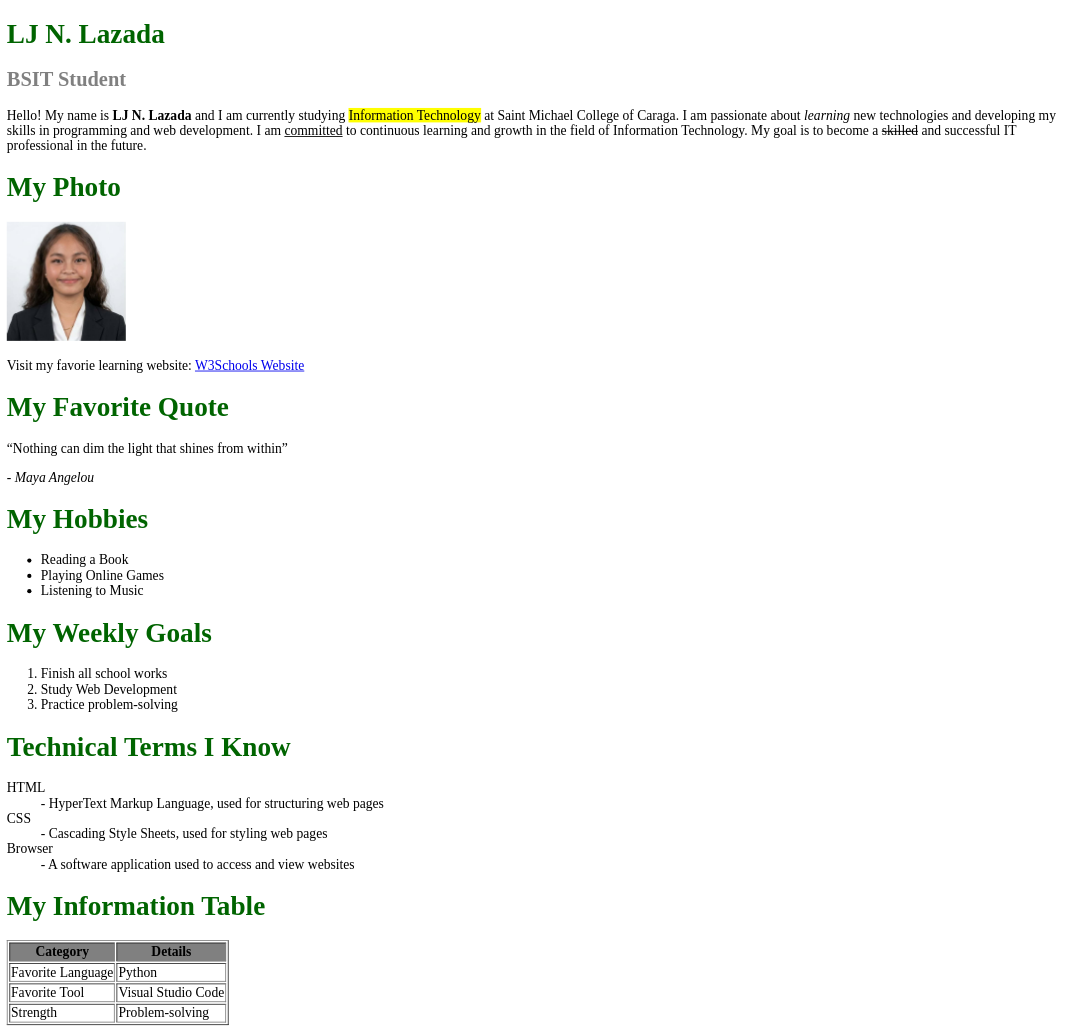
Repository: ljlazada11/myfirsthtml
Page: index.html
The author's editor kept a copy of each file at every save. The page is drawn from the files as they stood at one save, then again after the next save.
The browser window is 1280 px wide. The pictures show the whole page, at 85% of full size.

Above is the page before, as saved 2026-06-24 20:50:30.

After the next save:
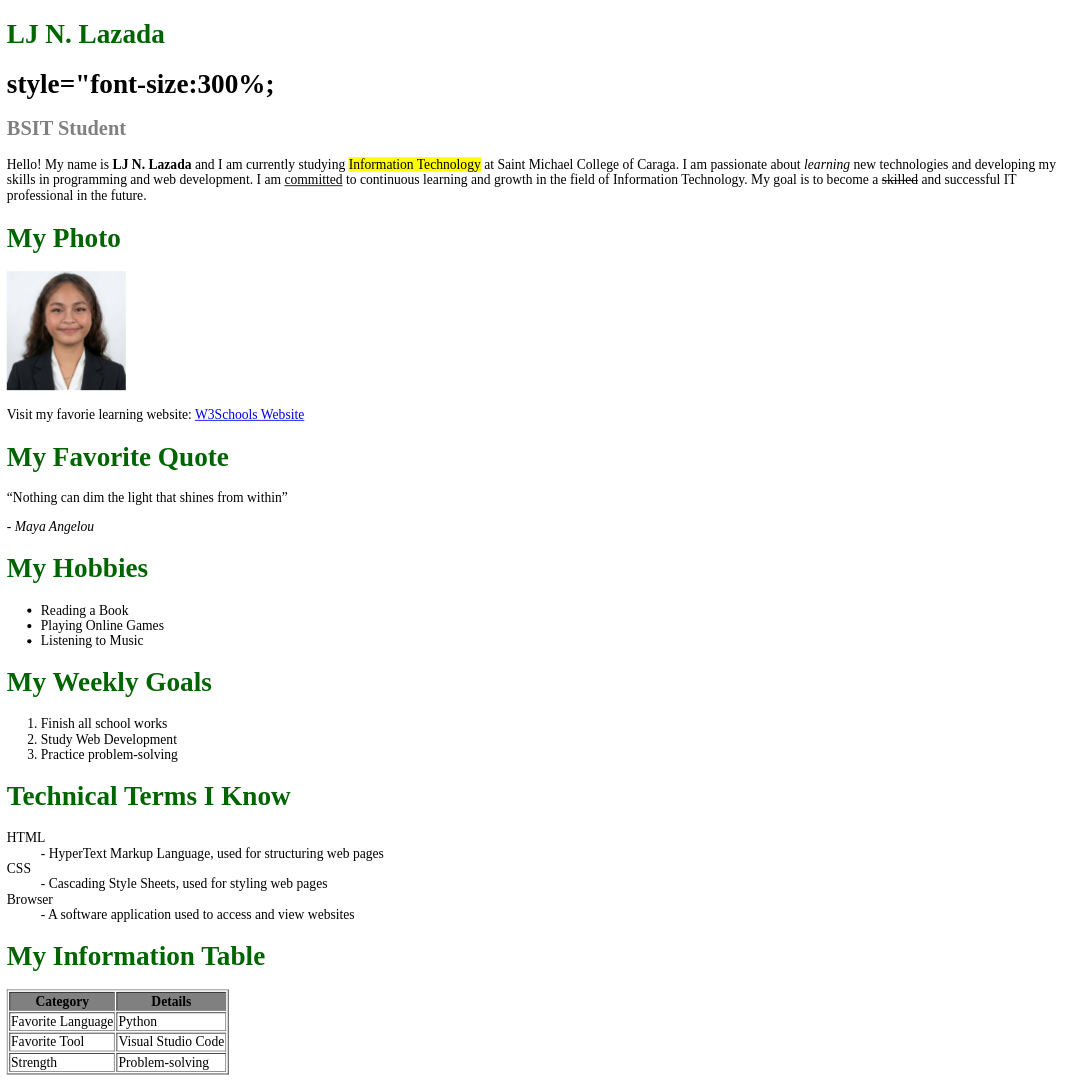
Saved 95 s later.
--- a/index.html
+++ b/index.html
@@ -9,6 +9,7 @@
 </head>
 <body>
     <h1 style="color:darkgreen;">LJ N. Lazada</h1>
+    <h1>style="font-size:300%;</h1>
     <h2 style="color:gray;">BSIT Student</h2>
     <p>Hello! My name is <strong>LJ N. Lazada</strong> and I am currently studying <mark>Information Technology</mark> at Saint Michael College of Caraga. I am passionate about <i>learning</i> new technologies and developing my skills in programming and web development. I am <ins>committed</ins> to continuous learning and growth in the field of Information Technology. My goal is to become a <del>skilled</del> and successful IT professional in the future.</p>
 </body>

After the save that followed:
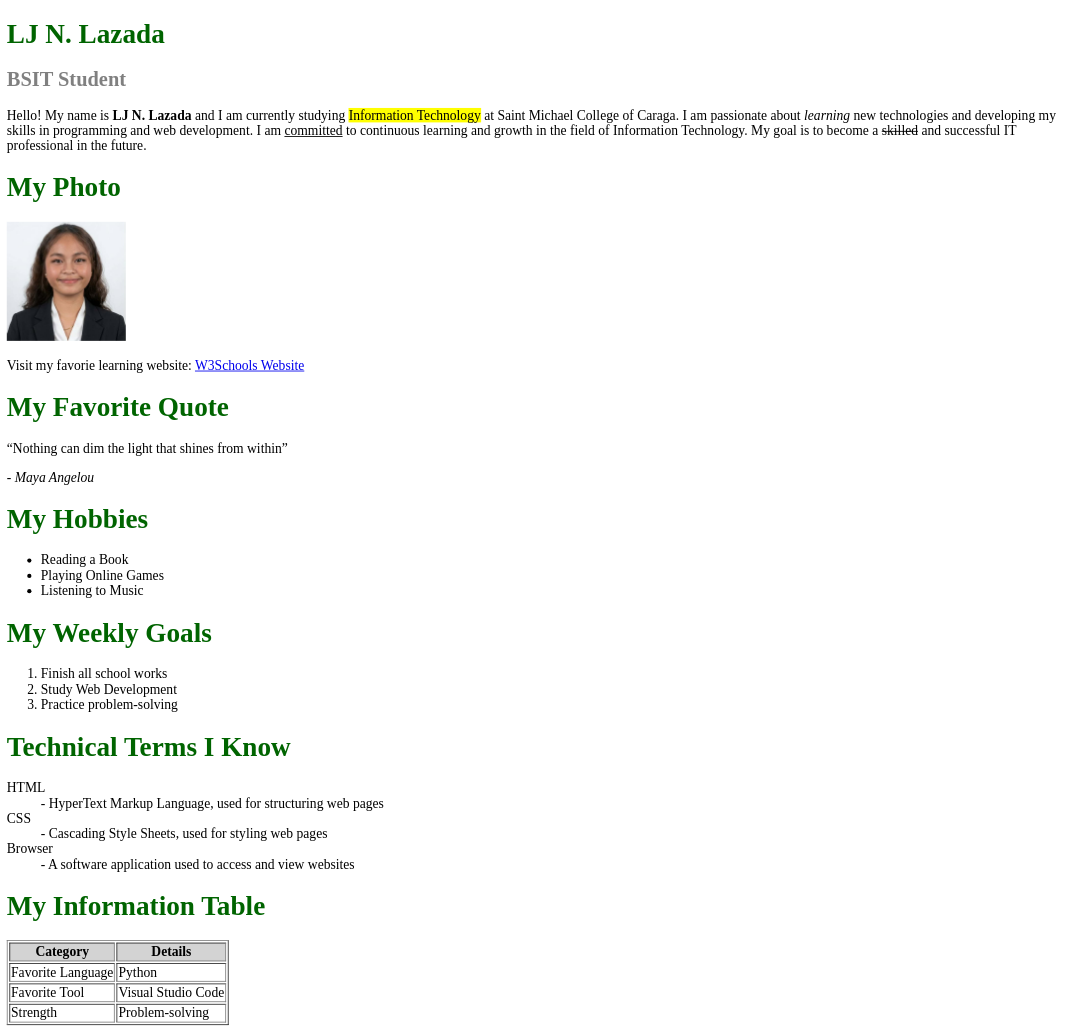
Saved 2 min 15 s later.
--- a/index.html
+++ b/index.html
@@ -9,7 +9,6 @@
 </head>
 <body>
     <h1 style="color:darkgreen;">LJ N. Lazada</h1>
-    <h1>style="font-size:300%;</h1>
     <h2 style="color:gray;">BSIT Student</h2>
     <p>Hello! My name is <strong>LJ N. Lazada</strong> and I am currently studying <mark>Information Technology</mark> at Saint Michael College of Caraga. I am passionate about <i>learning</i> new technologies and developing my skills in programming and web development. I am <ins>committed</ins> to continuous learning and growth in the field of Information Technology. My goal is to become a <del>skilled</del> and successful IT professional in the future.</p>
 </body>
@@ -49,8 +48,8 @@
     <h1 style="color:darkgreen">My Information Table</h1>
 <table border="1">
     <tr>
-        <th style="background-color:gray;">Category</th>
-        <th style="background-color:gray;">Details</th>
+        <th style="background-color:lightgray;">Category</th>
+        <th style="background-color:lightgray;">Details</th>
     </tr>
     <tr>
         <td>Favorite Language</td>
